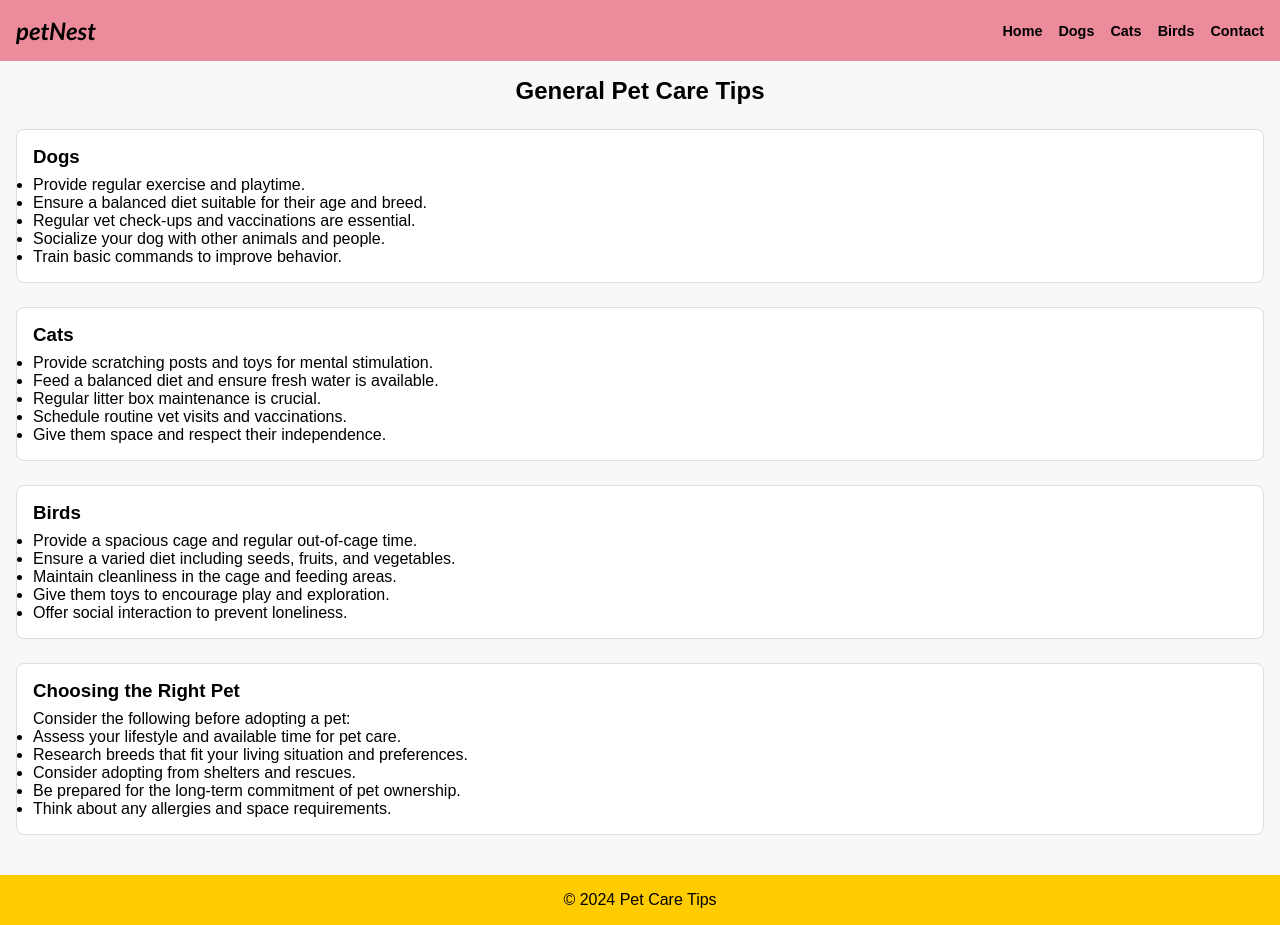
Repository: SHAHZADcodr/pet_care
Page: pages/tips.html
The author's editor kept a copy of each file at every save. The page is drawn from the files as they stood at one save, then again after a run of saves.
The browser window is 1280 px wide. The pictures show the whole page.

Above is the page before, as saved 2024-11-04 23:21:15.

After the next 3 saves:
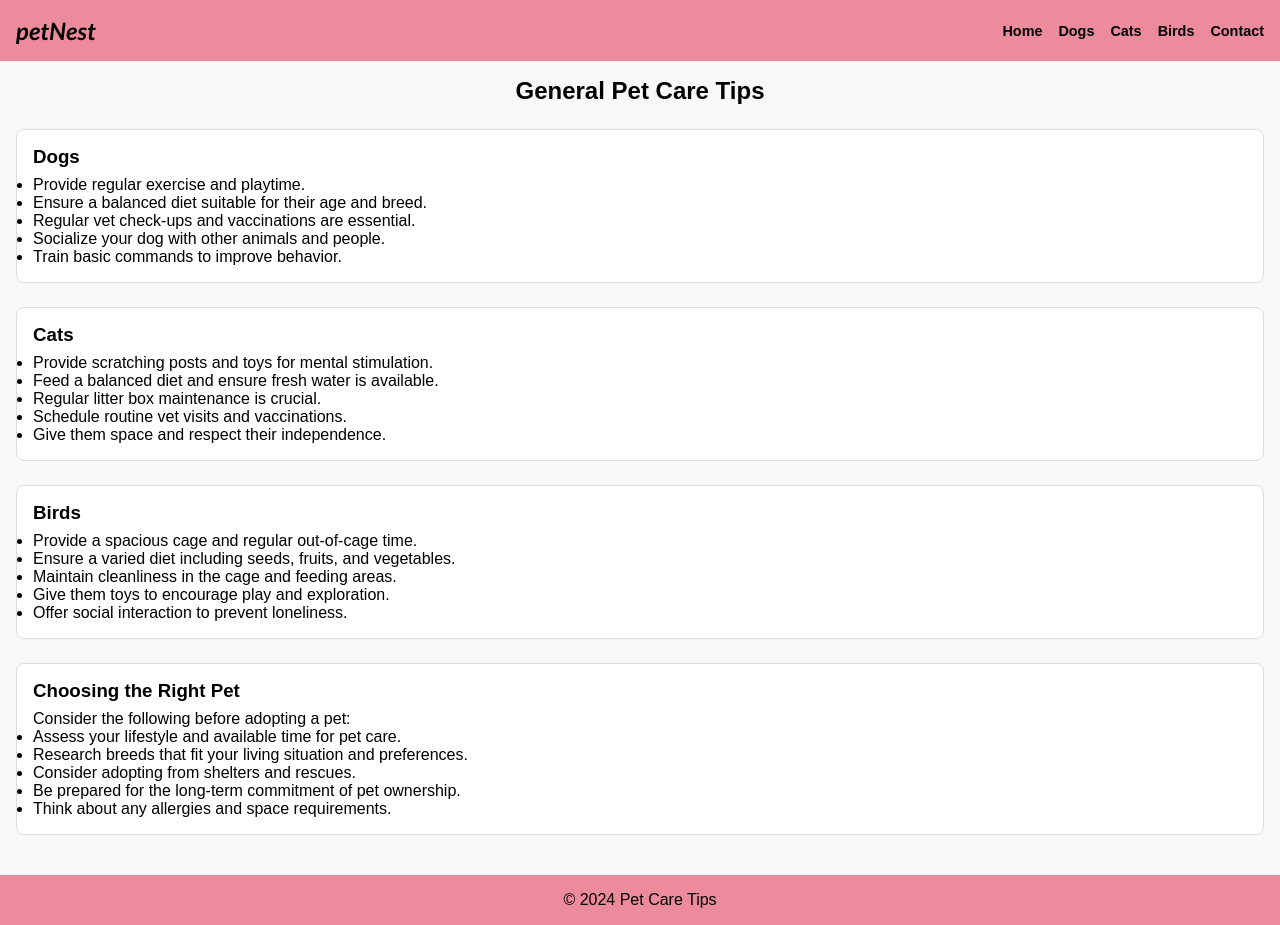
The 3 saves are shown as one change because they came seconds apart.
The last was saved 16 s later.
--- a/pages/tips.css
+++ b/pages/tips.css
@@ -82,7 +82,7 @@ h3 {
 }
 
 footer {
-    background-color: #ffcc00;
+    background-color:var(--bg-background-color);
     text-align: center;
     padding: 1rem;
     margin-top: auto; /* Push footer to the bottom */
